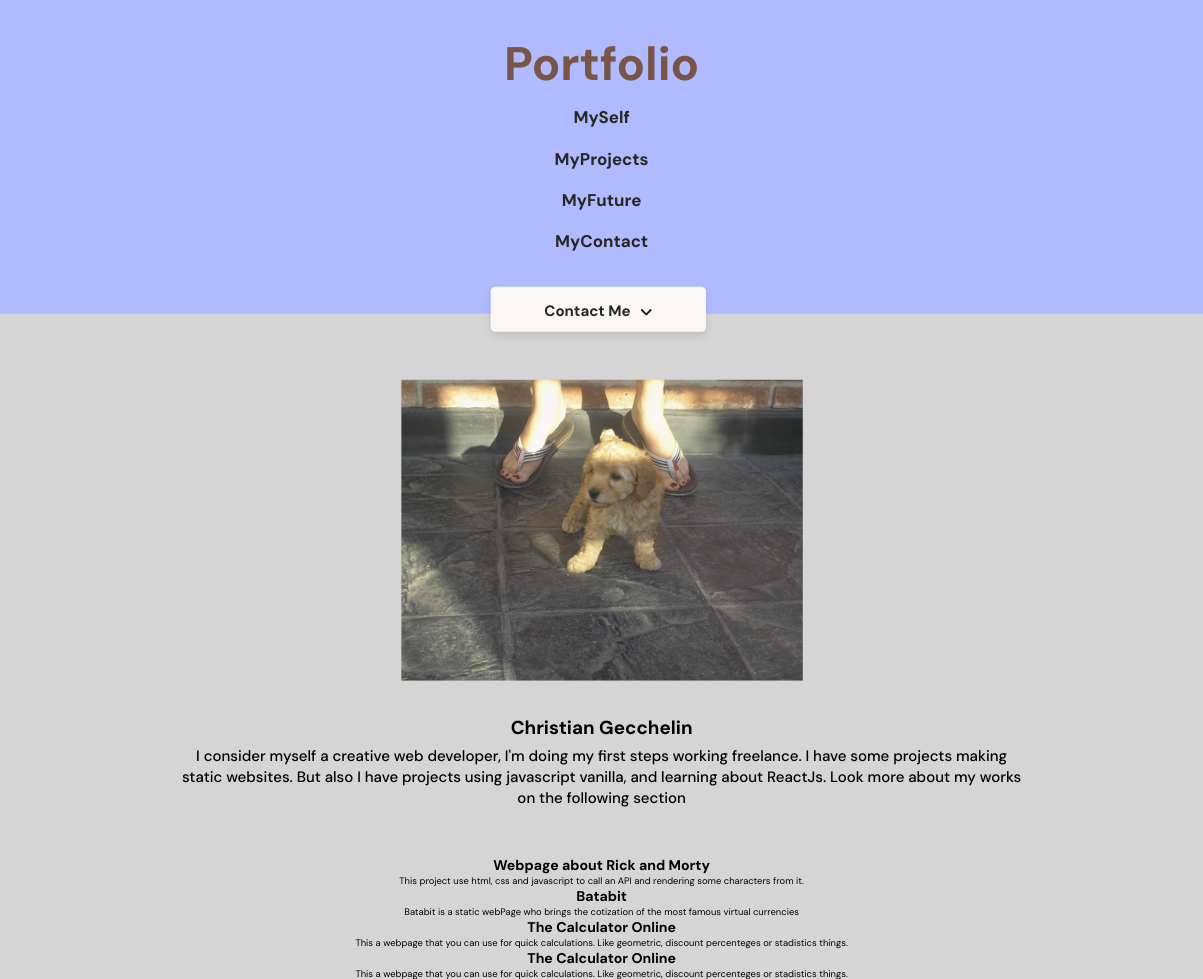
Repository: ChristianGecchelin/PortfolioOnline
Page: index.html
The author's editor kept a copy of each file at every save. The page is drawn from the files as they stood at one save, then again after the next save.
The browser window is 1280 px wide. The pictures show the whole page, at 94% of full size.

Above is the page before, as saved 2022-01-10 11:07:39.

### index.html
<!DOCTYPE html>
<html lang="en">
  <head>
    <meta charset="UTF-8" />
    <meta http-equiv="X-UA-Compatible" content="IE=edge" />
    <meta name="viewport" content="width=device-width, initial-scale=1.0" />
    <title>Portfolio Christian</title>
    <link rel="preconnect" href="https://fonts.googleapis.com" />
    <link rel="preconnect" href="https://fonts.gstatic.com" crossorigin />
    <link
      href="https://fonts.googleapis.com/css2?family=DM+Sans:wght@400;500;700&family=Inter:wght@300;500&display=swap"
      rel="stylesheet"
    />
    <link rel="stylesheet" href="./styles/styles.css" />
  </head>
  <body>
    <header>
      <nav>
        <h1>Portfolio</h1>
        <ul class="list-container">
          <li class="list-container-link">
            <a class="" href="">MySelf</a>
          </li>
          <li class="list-container-link">
            <a class="" href="">MyProjects</a>
          </li>
          <li class="list-container-link">
            <a class="" href="">MyFuture</a>
          </li>
          <li class="list-container-link">
            <a class="" href="">MyContact</a>
          </li>
        </ul>
        <a class="header--nav-button" href="#MyContact">
          Contact Me<span></span
        ></a>
      </nav>
    </header>
    <main>
      <section class="principalContainer-mySelf">
        <div class="principalContainer-mySelf--image">
          <div class="image-cv"></div>
        </div>
        <div class="principalContainer-mySelf--information">
          <h2>Christian Gecchelin</h2>
          <p>
            I consider myself a creative web developer, I'm doing my first steps
            working freelance. I have some projects making static websites. But
            also I have projects using javascript vanilla, and learning about
            ReactJs. Look more about my works on the following section
          </p>
        </div>
      </section>

      <section class="principalContainer-myProject">
        <div class="rickAndMortyCharacters">
          <h2 href="">Webpage about Rick and Morty</h2>
          <div>
            <div class="img-project"></div>
            <p>
              This project use html, css and javascript to call an API and
              rendering some characters from it.
            </p>
          </div>
        </div>
        <div class="batabit">
          <h2 href="">Batabit</h2>
          <div class="img-project"></div>
          <p>
            Batabit is a static webPage who brings the cotization of the most
            famous virtual currencies
          </p>
        </div>
        <div class="calculatorProject">
          <h2 href="">The Calculator Online</h2>
          <div class="img-project"></div>
          <p>
            This a webpage that you can use for quick calculations. Like
            geometric, discount percenteges or stadistics things.
          </p>
        </div>
        <div class="calculatorProject">
          <h2 href="">The Calculator Online</h2>
          <div class="img-project"></div>
          <p>
            This a webpage that you can use for quick calculations. Like
            geometric, discount percenteges or stadistics things.
          </p>
        </div>
      </section>
      <section class="principalContainer-myFuture"></section>
      <section class="principalContainer-myContact"></section>
    </main>
  </body>
</html>

### styles/styles.css
:root {
  --strong-orange: #f7931a;
  --soft-orange: #ffe9d5;
  --secondary-blue: #1a9af7;
  --soft-blue: #e7f5ff;
  --warm-black: #201e1c;
  --black: #282623;
  --grey: #bababa;
  --off-white: #faf8f7;
  --just-white: #fff;
  --light-violet: #b0bbff;
  --strong-violet: #5764b3;
  --skin-color: #ffecb0;
  --yellow-skin-color: #fff3c9;
  --almost-brown: #b3a169;
}
* {
  box-sizing: border-box;
  margin: 0;
  padding: 0;
}
html {
  font-size: 62.5%;
  font-family: "DM Sans", sans-serif;
}
header {
  display: flex;
  flex-direction: column;
  justify-content: center;
  height: 334px;
  background: var(--light-violet);
  text-align: center;
}
header nav {
  flex-direction: column;
  justify-content: center;
  width: 90%;
  min-width: 288px;
  height: 218px;
  align-self: center;
  text-align: center;
  margin-top: -30px;
}
header nav h1 {
  font-size: 5rem;
  font-weight: 700;
  line-height: 5rem;
  color: #795548;
}

header nav .list-container-link {
  margin-top: 20px;
  list-style: none;
}
header nav .list-container-link a {
  font-size: 1.8rem;
  font-weight: 700;
  line-height: 2.4rem;
  text-decoration: none;
  color: var(--black);
}

header nav .header--nav-button {
  position: absolute;
  top: 270px;
  left: calc(50% - 118px);
  display: block;
  margin-top: 35px;
  padding: 15px;
  width: 229px;
  height: 48px;
  background-color: var(--off-white);
  font-size: 1.6rem;
  font-weight: 700;
  text-decoration: none;
  color: var(--black);
  box-shadow: 0px 4px 8px rgba(89, 73, 30, 0.16);
  border: none;
  border-radius: 5px;
}
header nav .header--nav-button span {
  display: inline-block;
  width: 13px;
  height: 8px;
  margin-left: 10px;
  background-image: url(../assets/icons/down-arrow.svg);
}
main {
  width: 100%;
  height: auto;
  background-color: #d5d5d5;
}
main .principalContainer-mySelf {
  display: flex;
  flex-direction: column;
  justify-content: center;
  width: 100%;
  min-width: 320px;
  height: auto;
  padding-top: 70px;
  text-align: center;
}
.principalContainer-mySelf--image .image-cv {
  min-width: 320px;
  height: 320px; /* luego en las otras resos lo agrando */
  margin: 0 auto;
  background-image: url(../assets/images/IMG_4340.JPG);
  background-size: contain;
  background-position: center;
  background-repeat: no-repeat;
}
.principalContainer-mySelf--information {
  width: 90%;
  min-width: 288px;
  max-width: 900px;
  text-align: center;
  align-self: center;
  padding-bottom: 50px;
}
.principalContainer-mySelf--information h2 {
  padding-top: 30px;
  font-size: 2rem;
  line-height: 4rem;
}
.principalContainer-mySelf--information p {
  font-size: 1.6rem;
  font-weight: 500;
  line-height: 2.2rem;
}
.principalContainer-myProject {
  display: flex;
  flex-direction: row;
  flex-wrap: wrap;
  justify-content: space-around;
  width: 100%;
  height: auto;
}
.principalContainer-myProject .rickAndMortyCharacters,
.principalContainer-myProject .batabit,
.principalContainer-myProject .calculatorProject {
  width: 90%;
  text-align: center;
}

After the next save:
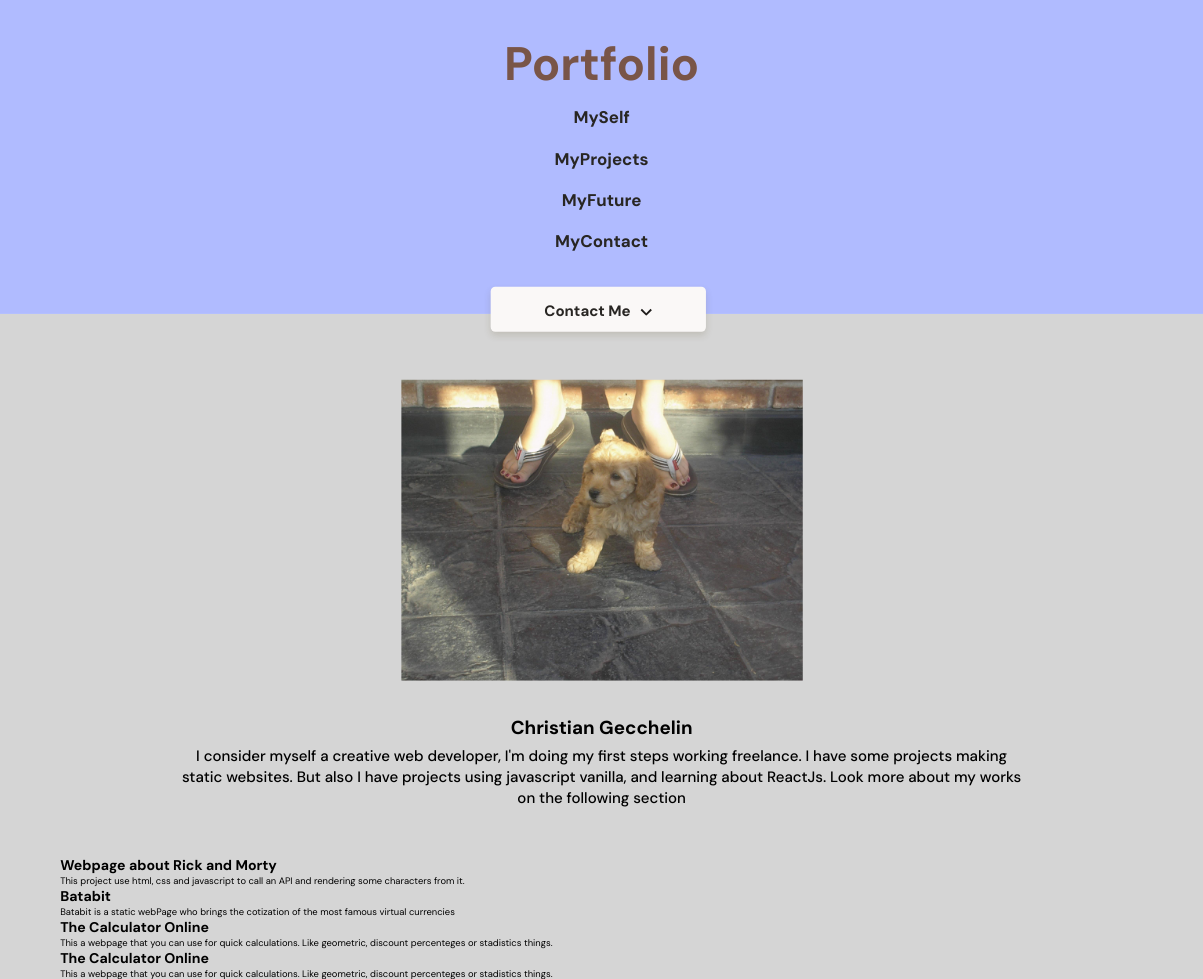
Saved 14 s later.
--- a/styles/styles.css
+++ b/styles/styles.css
@@ -139,5 +139,5 @@ main .principalContainer-mySelf {
 .principalContainer-myProject .batabit,
 .principalContainer-myProject .calculatorProject {
   width: 90%;
-  text-align: center;
+  text-align: left;
 }
